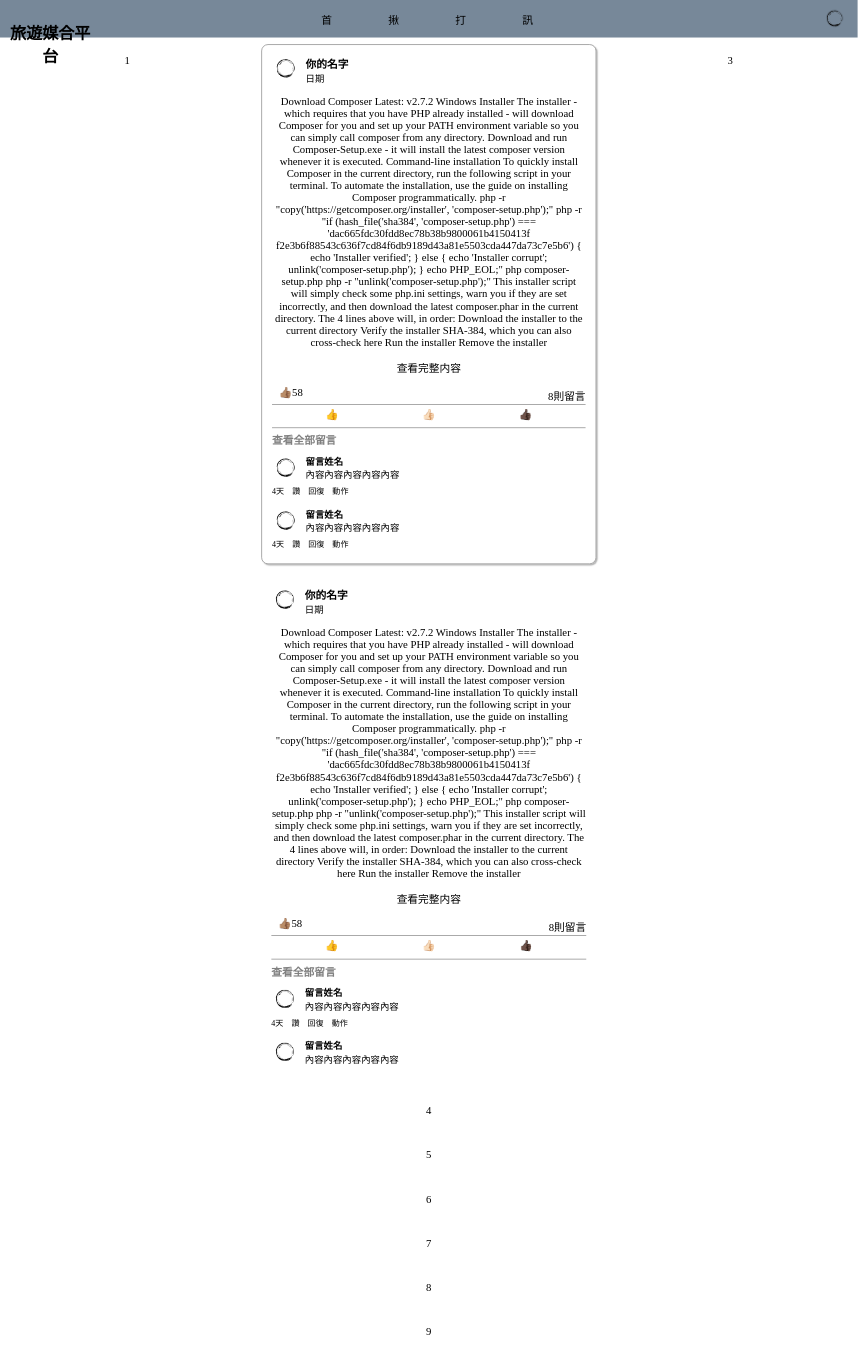
Repository: yuchiyang123/index_view
Page: http://localhost/
These files come from the project's save history. The page is drawn as it stood at one moment and after a run of saves; the edit follows.
The browser window is 1280 px wide. The pictures show the whole page, at 67% of full size.
The page is run by PHP 8.4 with error messages shown; the project is at /var/www/html/.

Above is the page before, as saved 2024-03-27 18:12:50.

### index.php
<style>

body {
    display: block;
    margin: 0; /* 设置 margin 为 0 */
}
.grid-container {

  display: grid;
  grid-template-columns: auto 500px auto;
  grid-template-rows:auto;
  grid-gap: 10px;
  grid-template-areas:
    "A B C";

}

.grid-item {
    padding: 15px;
    text-align: center;

}
.cut{
    border: 1px solid gray;
    border-radius: 10px;
    box-shadow: 2px 2px 2px rgba(0, 0, 0, 0.3);
}
.first{
    grid-area: A;
    min-height: 800px;
}
.end{
    grid-area: C;
}
.mid{
    grid-area: B;

    grid-gap: 10px;
}
.limt{
    min-height: 350px;
}
.inner-grid {
    display: inline-grid;
    width: 30%;
    transition: background-color 0.3s;
    padding-top: 5px;
    padding-bottom: 10px;
    text-align: center;
}
.inner-grid:hover {
    background-color: rgba(128, 128, 128, 0.4);
}
.line{
    border-top: 1px solid gray;
    border-bottom: 1px solid gray;
}
.respond{

    padding-bottom: 8px;
    text-align: left;
    padding-left:10px;
}
.respond > div {
    display: inline-block;
}
.message{
    text-align: right;
}
.respond, .message {
    display: inline-block;
}
.container {
    display: flex;
    justify-content: space-between;
    align-items: center;
}

.popup {
    display: none;
    position: fixed;
    top: 50%;
    left: 50%;
    transform: translate(-50%, -50%);
    width: 500px;
    padding: 20px;
    background-color: #fff;
    z-index: 9998;
    max-width: 500px;
    max-height: 800px;
    overflow-y: auto;

}

.trigger a {
    cursor: pointer;
}

.blur-background {
    filter: blur(0px);
}
.box{

}
.imgsize{
    width: 40px;
    height: auto;

}

.image-container {
    float: left;
    margin-right: 10px;
}

.text-container {
    overflow: hidden;
}
.user{

    text-align: left;
    font-weight: bold;

}
.date{
    font-size: 14px;
    text-align: left;
}
a{
    text-decoration: none;
    color: black;
}
.overlay {
    display: none;
    position: fixed;
    top: 0;
    left: 0;
    width: 100%;
    height: 100%;
    background-color: rgba(0, 0, 0, 0.5);
    z-index: 9997;
  }
  .SeeAllMessage{
    padding-top: 5px;
    text-align: left;
  }
  .SeeAllMessage a{
    text-align: left;
    color: gray;
    font-weight: bold;
  }
  .LeaveMessage{
    margin-top: 10px;
    padding-bottom : 5px;

  }

  .LeaveMessageall{
    border-radius: 5px;
    display: block;

  }
  .LeaveMessageUsernameIMG{
    width: 40px;
    height: auto;
    background-color:#ffffff;
    padding-bottom: 6px;

  }
  .LeaveMessageimgdiv{
    float: left;
    margin-right: 10px;
    display: block;
  }
  .LeaveMessageUsername{
    text-align: left;
    font-size: 14px;
    font-weight: bold;
  }
  .LeaveMessageMain{
    text-align: left;
    font-size: 14px;
    padding-bottom: 6px;

  }
  .LeaveMessageAction{
    font-size: 12px;
    text-align: left;
  }
</style>
<html>
<body>
<?php
    include('header.php');
?>
  <div id="box" class="box">
    <div class="grid-container">

      <div class="grid-item"><div class="first">1</div></div>
      <div class="grid-item"><div class="end">3</div></div>
        <div class="mid">
        <div class="cut">
          <div class="grid-item">
            <div class="limt">
            <div class="image-container">
                <img src="img/2-1.png" class="imgsize">
                        </div>
                <div class="text-container">
                    <div class="user"><a href="#"><div><a href="#">你的名字</a></div></a></div>
                    <div class="date"><div><a href="#">日期</a></div></div>
                </div>
                <div class="clearfix"></div>
                <p class="main">
                Download Composer Latest: v2.7.2
                    Windows Installer
                    The installer - which requires that you have PHP already installed - will download Composer for you and set up your PATH environment variable so you can simply call composer from any directory.

                    Download and run Composer-Setup.exe - it will install the latest composer version whenever it is executed.

                    Command-line installation
                    To quickly install Composer in the current directory, run the following script in your terminal. To automate the installation, use the guide on installing Composer programmatically.

                    php -r "copy('https://getcomposer.org/installer', 'composer-setup.php');"
                    php -r "if (hash_file('sha384', 'composer-setup.php') === 'dac665fdc30fdd8ec78b38b9800061b4150413f
                    f2e3b6f88543c636f7cd84f6db9189d43a81e5503cda447da73c7e5b6') { echo 'Installer verified'; } else { echo 'Installer corrupt'; unlink('composer-setup.php'); } echo PHP_EOL;"
                    php composer-setup.php
                    php -r "unlink('composer-setup.php');"
                    This installer script will simply check some php.ini settings, warn you if they are set incorrectly, and then download the latest composer.phar in the current directory. The 4 lines above will, in order:

                    Download the installer to the current directory
                    Verify the installer SHA-384, which you can also cross-check here
                    Run the installer
                    Remove the installer<div class="trigger"><a href="#">查看完整内容</a></div>
                </p>
                <div class="container">
                    <div class="respond"><a href="#">👍🏽</a><div><a href="#">58</a></div></div>
                    <div class="message"><div><a href="#">8則留言</a></div></div>
                </div>
                <div class="line">
                    <div class="inner-grid">👍</div>
                    <div class="inner-grid">👍🏻</div>
                    <div class="inner-grid">👍🏿</div>
                </div>
                <div class="SeeAllMessage"><a href="#">查看全部留言</a></div>
                <div class="LeaveMessage">
                    <div><a href="#"></a></div>
                    <div>
                        <div class="LeaveMessageimgdiv">
                            <img src="img/2-1.png" class="LeaveMessageUsernameIMG">
                        </div>
                        <div class="LeaveMessageall">
                            <div class="LeaveMessageUsername">
                                留言姓名
                            </div>
                            <div class="LeaveMessageMain">
                                內容內容內容內容內容
                            </div>
                            <div class="LeaveMessageAction">
                                <a href="#">4天</a>&emsp;<a href="#">讚</a>&emsp;<a href="#">回復</a>&emsp;<a href="#">動作</a>
                            </div>
                        </div>

                    </div>
                </div>
                <div class="LeaveMessage">
                    <div><a href="#"></a></div>
                    <div>
                        <div class="LeaveMessageimgdiv">
                            <img src="img/2-1.png" class="LeaveMessageUsernameIMG">
                        </div>
                        <div class="LeaveMessageall">
                            <div class="LeaveMessageUsername">
                                留言姓名
                            </div>
                            <div class="LeaveMessageMain">
                                內容內容內容內容內容
                            </div>
                            <div class="LeaveMessageAction">
                                <a href="#">4天</a>&emsp;<a href="#">讚</a>&emsp;<a href="#">回復</a>&emsp;<a href="#">動作</a>
                            </div>
                        </div>

                    </div>
                </div>
            </div>
            </div>
        </div><br>
        <div class="mid">
          <div class="grid-item">
            <div class="limt">
            <div class="image-container">
                <img src="img/2-1.png" class="imgsize">
                        </div>
                <div class="text-container">
                    <div class="user"><a href="#"><div><a href="#">你的名字</a></div></a></div>
                    <div class="date"><div><a href="#">日期</a></div></div>
                </div>
                <div class="clearfix"></div>
                <p class="main">
                Download Composer Latest: v2.7.2
                    Windows Installer
                    The installer - which requires that you have PHP already installed - will download Composer for you and set up your PATH environment variable so you can simply call composer from any directory.

                    Download and run Composer-Setup.exe - it will install the latest composer version whenever it is executed.

                    Command-line installation
                    To quickly install Composer in the current directory, run the following script in your terminal. To automate the installation, use the guide on installing Composer programmatically.

                    php -r "copy('https://getcomposer.org/installer', 'composer-setup.php');"
                    php -r "if (hash_file('sha384', 'composer-setup.php') === 'dac665fdc30fdd8ec78b38b9800061b4150413f
                    f2e3b6f88543c636f7cd84f6db9189d43a81e5503cda447da73c7e5b6') { echo 'Installer verified'; } else { echo 'Installer corrupt'; unlink('composer-setup.php'); } echo PHP_EOL;"
                    php composer-setup.php
                    php -r "unlink('composer-setup.php');"
                    This installer script will simply check some php.ini settings, warn you if they are set incorrectly, and then download the latest composer.phar in the current directory. The 4 lines above will, in order:

                    Download the installer to the current directory
                    Verify the installer SHA-384, which you can also cross-check here
                    Run the installer
                    Remove the installer<div class="trigger"><a href="#">查看完整内容</a></div>
                </p>
                <div class="container">
                    <div class="respond"><a href="#">👍🏽</a><div><a href="#">58</a></div></div>
                    <div class="message"><div><a href="#">8則留言</a></div></div>
                </div>
                <div class="line">
                    <div class="inner-grid">👍</div>
                    <div class="inner-grid">👍🏻</div>
                    <div class="inner-grid">👍🏿</div>
                </div>
                <div class="SeeAllMessage"><a href="#">查看全部留言</a></div>
                <div class="LeaveMessage">
                    <div><a href="#"></a></div>
                    <div>
                        <div class="LeaveMessageimgdiv">
                            <img src="img/2-1.png" class="LeaveMessageUsernameIMG">
                        </div>
                        <div class="LeaveMessageall">
                            <div class="LeaveMessageUsername">
                                留言姓名
                            </div>
                            <div class="LeaveMessageMain">
                                內容內容內容內容內容
                            </div>
                            <div class="LeaveMessageAction">
                                <a href="#">4天</a>&emsp;<a href="#">讚</a>&emsp;<a href="#">回復</a>&emsp;<a href="#">動作</a>
                            </div>
                        </div>

                    </div>
                </div>
                <div class="LeaveMessage">
                    <div><a href="#"></a></div>
                    <div><div class="LeaveMessageimgdiv"><img src="img/2-1.png" class="LeaveMessageUsernameIMG"></div><div class="LeaveMessageUsername">留言姓名</div><div class="LeaveMessageMain">內容內容內容內容內容</div></div>
                </div>
            </div>
        </div><br>
          <div class="grid-item">4</div><br>
          <div class="grid-item">5</div><br>
          <div class="grid-item">6</div><br>
          <div class="grid-item">7</div><br>
          <div class="grid-item">8</div><br>
          <div class="grid-item">9</div>
          <div class="overlay" id="overlay"></div>
          <div id="popup" class="popup">
          <div class="mid">
        <div class="cut">
          <div class="grid-item">
            <div class="limt">
            <div class="image-container">
                <img src="img/2-1.png" class="imgsize">
                        </div>
                <div class="text-container">
                    <div class="user"><a href="#"><div><a href="#">你的名字</a></div></a></div>
                    <div class="date"><div><a href="#">日期</a></div></div>
                </div>
                <div class="clearfix"></div>
                <p class="main">
                Download Composer Latest: v2.7.2
                    Windows Installer
                    The installer - which requires that you have PHP already installed - will download Composer for you and set up your PATH environment variable so you can simply call composer from any directory.

                    Download and run Composer-Setup.exe - it will install the latest composer version whenever it is executed.

                    Command-line installation
                    To quickly install Composer in the current directory, run the following script in your terminal. To automate the installation, use the guide on installing Composer programmatically.

                    php -r "copy('https://getcomposer.org/installer', 'composer-setup.php');"
                    php -r "if (hash_file('sha384', 'composer-setup.php') === 'dac665fdc30fdd8ec78b38b9800061b4150413f
                    f2e3b6f88543c636f7cd84f6db9189d43a81e5503cda447da73c7e5b6') { echo 'Installer verified'; } else { echo 'Installer corrupt'; unlink('composer-setup.php'); } echo PHP_EOL;"
                    php composer-setup.php
                    php -r "unlink('composer-setup.php');"
                    This installer script will simply check some php.ini settings, warn you if they are set incorrectly, and then download the latest composer.phar in the current directory. The 4 lines above will, in order:

                    Download the installer to the current directory
                    Verify the installer SHA-384, which you can also cross-check here
                    Run the installer
                    Remove the installer<div class="trigger"><a href="#">查看完整内容</a></div>
                </p>
                <div class="container">
                    <div class="respond"><a href="#">👍🏽</a><div><a href="#">58</a></div></div>
                    <div class="message"><div><a href="#">8則留言</a></div></div>
                </div>
                <div class="line">
                    <div class="inner-grid">👍</div>
                    <div class="inner-grid">👍🏻</div>
                    <div class="inner-grid">👍🏿</div>
                </div>
                <div class="SeeAllMessage"><a href="#">查看全部留言</a></div>
                <div class="LeaveMessage">
                    <div><a href="#"></a></div>
                    <div>
                        <div class="LeaveMessageimgdiv">
                            <img src="img/2-1.png" class="LeaveMessageUsernameIMG">
                        </div>
                        <div class="LeaveMessageall">
                            <div class="LeaveMessageUsername">
                                留言姓名
                            </div>
                            <div class="LeaveMessageMain">
                                內容內容內容內容內容
                            </div>
                            <div class="LeaveMessageAction">
                                <a href="#">4天</a>&emsp;<a href="#">讚</a>&emsp;<a href="#">回復</a>&emsp;<a href="#">動作</a>
                            </div>
                        </div>

                    </div>
                </div>
                <div class="LeaveMessage">
                    <div><a href="#"></a></div>
                    <div>
                        <div class="LeaveMessageimgdiv">
                            <img src="img/2-1.png" class="LeaveMessageUsernameIMG">
                        </div>
                        <div class="LeaveMessageall">
                            <div class="LeaveMessageUsername">
                                留言姓名
                            </div>
                            <div class="LeaveMessageMain">
                                內容內容內容內容內容
                            </div>
                            <div class="LeaveMessageAction">
                                <a href="#">4天</a>&emsp;<a href="#">讚</a>&emsp;<a href="#">回復</a>&emsp;<a href="#">動作</a>
                            </div>
                        </div>

                    </div>
                </div>
                <div class="LeaveMessage">
                    <div><a href="#"></a></div>
                    <div>
                        <div class="LeaveMessageimgdiv">
                            <img src="img/2-1.png" class="LeaveMessageUsernameIMG">
                        </div>
                        <div class="LeaveMessageall">
                            <div class="LeaveMessageUsername">
                                留言姓名
                            </div>
                            <div class="LeaveMessageMain">
                                內容內容內容內容內容
                            </div>
                            <div class="LeaveMessageAction">
                                <a href="#">4天</a>&emsp;<a href="#">讚</a>&emsp;<a href="#">回復</a>&emsp;<a href="#">動作</a>
                            </div>
                        </div>

                    </div>
                </div><div class="LeaveMessage">
                    <div><a href="#"></a></div>
                    <div>
                        <div class="LeaveMessageimgdiv">
                            <img src="img/2-1.png" class="LeaveMessageUsernameIMG">
                        </div>
                        <div class="LeaveMessageall">
                            <div class="LeaveMessageUsername">
                                留言姓名
                            </div>
                            <div class="LeaveMessageMain">
                                內容內容內容內容內容
                            </div>
                            <div class="LeaveMessageAction">
                                <a href="#">4天</a>&emsp;<a href="#">讚</a>&emsp;<a href="#">回復</a>&emsp;<a href="#">動作</a>
                            </div>
                        </div>

                    </div>
                </div>
                <div class="LeaveMessage">
                    <div><a href="#"></a></div>
                    <div>
                        <div class="LeaveMessageimgdiv">
                            <img src="img/2-1.png" class="LeaveMessageUsernameIMG">
                        </div>
                        <div class="LeaveMessageall">
                            <div class="LeaveMessageUsername">
                                留言姓名
                            </div>
                            <div class="LeaveMessageMain">
                                內容內容內容內容內容
                            </div>
                            <div class="LeaveMessageAction">
                                <a href="#">4天</a>&emsp;<a href="#">讚</a>&emsp;<a href="#">回復</a>&emsp;<a href="#">動作</a>
                            </div>
                        </div>

                    </div>
                </div>
            </div>
            </div>
        </div><br>
            <!--div class="close"><a href="#">关闭</a></div-->
        </div>
        </div>


        </div>
    </div>
  </div>
  <script>
    var overlay = document.getElementById('overlay');
    var trigger = document.querySelector('.trigger a');
    var popup = document.getElementById('popup');
    var header = document.querySelector('.header');
    trigger.addEventListener('click', function(event) {
        event.preventDefault();
        popup.style.display = 'block';
        header.style.backgroundColor = 'rgba(0, 0, 0, 0.000001)';
        overlay.style.display = 'block';
        popup.style.border = '1px solid gray';
        popup.style.boxShadow = '0px 0px 15px rgba(0, 0, 0, 0.7)';
        /*
        document.body.classList.add('blur-background');
        popup.style.filter = 'none';// 移除 body 元素的模糊效果*/
    });
    var closeBtn = document.querySelector('.close a');
    /*
    closeBtn.addEventListener('click', function(event) {
        event.preventDefault();
        popup.style.display = 'none';
        popup.style.boxShadow = 'none';
    });
    */
    overlay.addEventListener('click', function(event) {
        event.preventDefault();
        event.stopPropagation();
        popup.style.display = 'none';
        overlay.style.display = 'none' ;
        popup.style.boxShadow = 'none';
        header.style.backgroundColor = '#ffffff';
    });
  </script>
</body>
</html>

### header.php
<script type="module" src="https://unpkg.com/ionicons@7.1.0/dist/ionicons/ionicons.esm.js"></script>
<script nomodule src="https://unpkg.com/ionicons@7.1.0/dist/ionicons/ionicons.js"></script>
<style>
   .header {
    position: sticky; /* 将标题栏固定在容器内 */
    top: 0; /* 将标题栏固定在容器的顶部 */
    z-index: 9999; /* 确保标题栏位于其他内容的上层 */
    /* 其他样式，例如背景颜色、文本样式等 */
    grid-area: header;
    background-color: lightslategray;
    width: 100%; /* 设置标题栏的宽度为100%，使其填满整个屏幕 */
    height: 56px;
    margin-bottom: 10px;
    box-sizing: border-box;
}
ion-icon {
  font-size: 35px;
}
.profileimg{
    width: 35px;
    height: auto;
}

.headerdiv{
    display: grid;
    grid-template-columns: 150px auto repeat(4, 100px) 35px 50px auto 70px;

    grid-template-rows: 56px;
    text-align:center;
}
.headerlogomargin{
    margin: 10px;
}
.headeractionmargin{
    margin: 17px;
}

</style>
<header class="header">
    <div >
        <div class="headerdiv">
            <div class="headerlogomargin">
                <h2>旅遊媒合平台</h2>
            </div>
            <div></div>
            <div class="headeractionmargin">
                首
            </div>
            <div class="headeractionmargin">
                揪
            </div>
            <div class="headeractionmargin">
                打
            </div>
            <div class="headeractionmargin">
                訊
            </div>
            <div ></div>
            <div ></div>
            <div ></div>
            <div class="headerlogomargin">
                <img src="img/2-1.png" class="profileimg">
            </div>
        </div>
    </div>
</header>

After the next 2 saves:
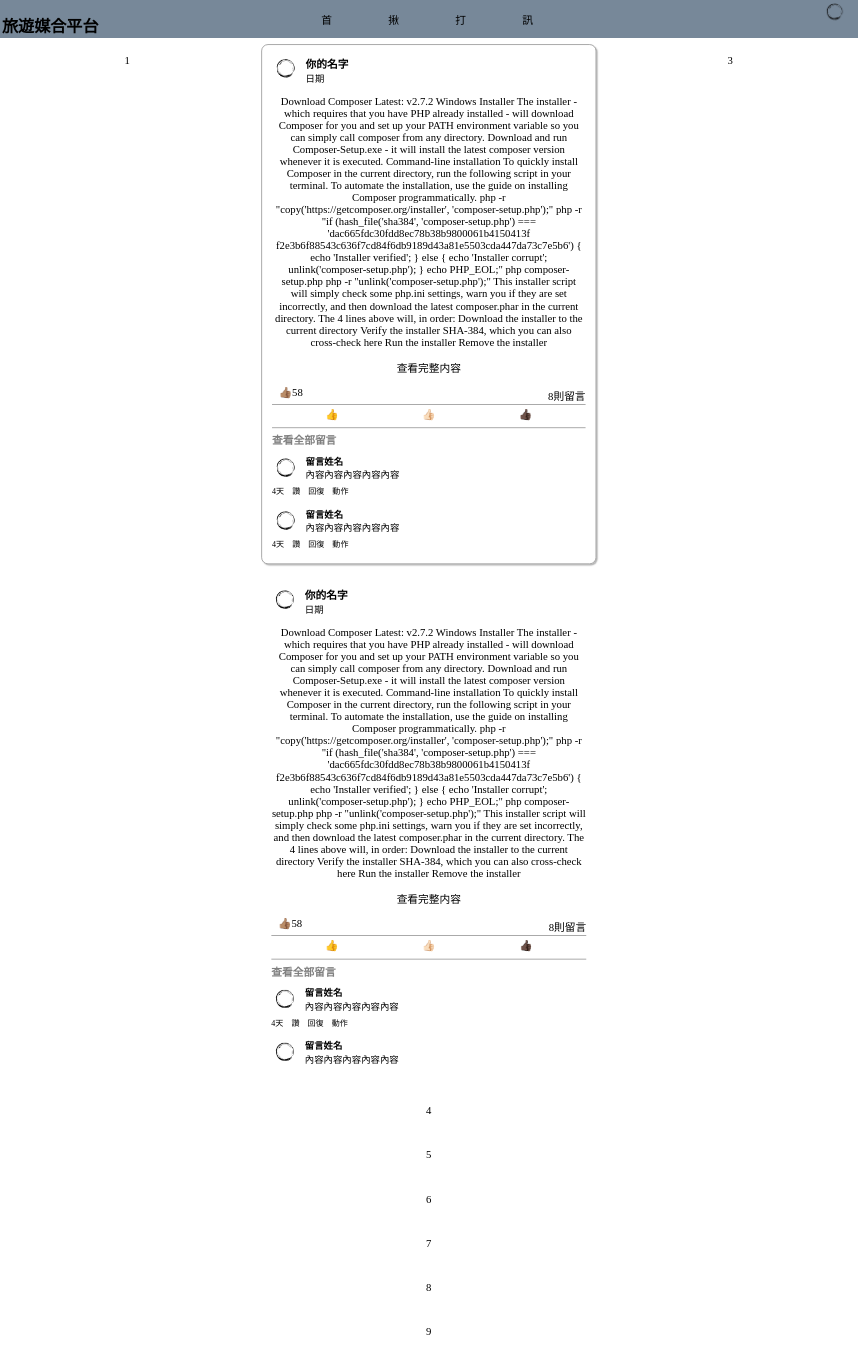
The 2 saves are shown as one change because they came seconds apart.
The last was saved 38 s later.
--- a/header.php
+++ b/header.php
@@ -24,12 +24,11 @@ ion-icon {
 .headerdiv{
     display: grid;
     grid-template-columns: 150px auto repeat(4, 100px) 35px 50px auto 70px;
-
     grid-template-rows: 56px;
     text-align:center;
 }
 .headerlogomargin{
-    margin: 10px;
+    justify-content: center;
 }
 .headeractionmargin{
     margin: 17px;
